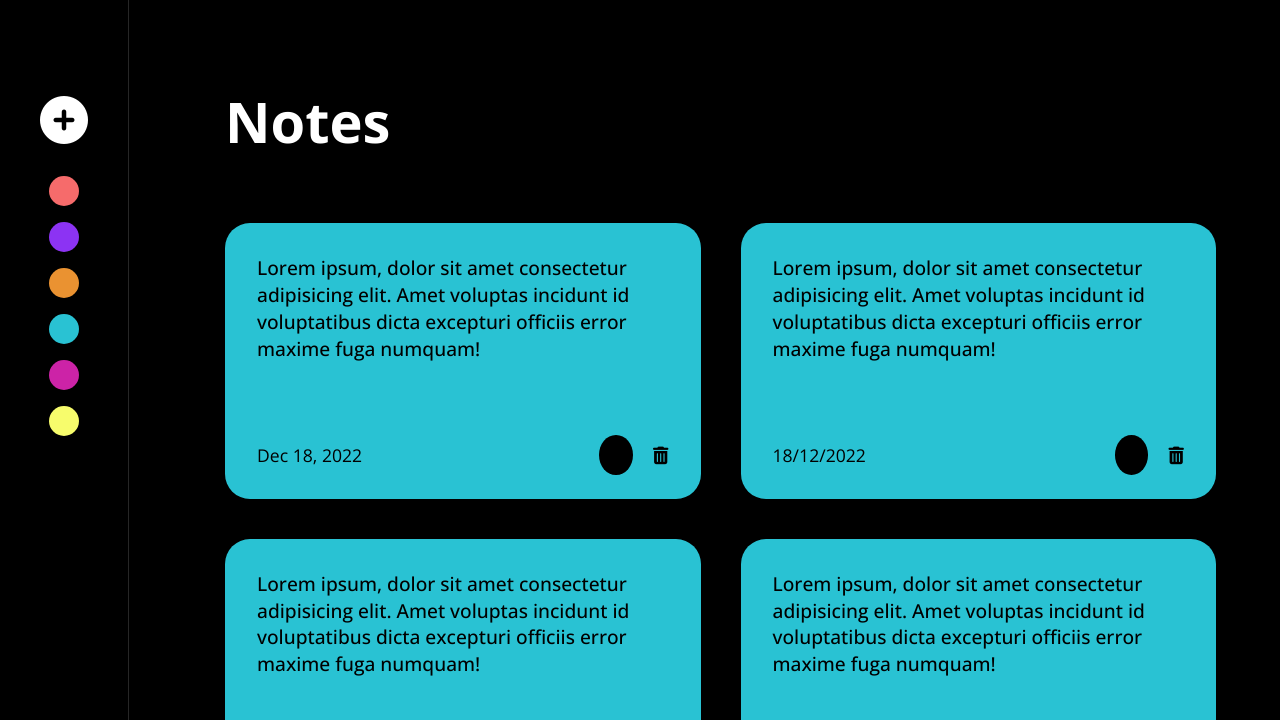
Repository: emiliaiwu/notes_app
Page: index.html
An editor plug-in stored every save of this project. The page is shown before and after the next save, followed by the edit.
The browser window is 1280 px wide. The pictures show the whole page.
An inner scrolling area shows only its first screen. Some web libraries are served in a nearby version.

Above is the page before, as saved 2022-12-19 23:42:56.

### index.html
<!DOCTYPE html>
<html lang="en">
<head>
    <meta charset="UTF-8">
    <meta http-equiv="X-UA-Compatible" content="IE=edge">
    <meta name="viewport" content="width=device-width, initial-scale=1.0">
    <script src="https://kit.fontawesome.com/fd9c36575f.js" crossorigin="anonymous"></script>
    <link rel="stylesheet" href="style.css">
    <title>Notes App</title>
</head>
<body>
    <div class="container">
        <div class="add">
            <div class="add_card"><i class="fa-solid fa-circle-plus"></i></div>
            <ul class="card_colors">
                <li class="card_color c1"></li>
                <li class="card_color c2"></li>
                <li class="card_color c3"></li>
                <li class="card_color c4"></li>
                <li class="card_color c5"></li>
                <li class="card_color c6"></li>
            </ul>
        </div>
        <div class="cards_container">
            <h1>Notes</h1>
            <div class="cards">

                <div class="card">
                    <p class="text">
                        Lorem ipsum, dolor sit amet consectetur adipisicing elit. Amet voluptas incidunt id voluptatibus dicta excepturi officiis error maxime fuga numquam!
                    </p>
                    <span class="footer close">
                        <small class="date">Dec 18, 2022</small>
                        <span>
                           <small class="edit"><i class="fa-solid fa-pen"></i></small>
                           <small class="delete"><i class="fa-solid fa-trash-can"></i></small>
                        </span>
                    </span>
                    <span class="footer open">
                        <ul class="edit_settings">
                            <li class="bold"><i class="fa-solid fa-bold"></i></li>
                            <li class="italic"><i class="fa-solid fa-italic"></i></li>
                            <li class="underline"><i class="fa-solid fa-underline"></i></li>
                            <li class="strikethrough"><i class="fa-solid fa-strikethrough"></i></li>
                            <li class="toggleBtn"><i class="fa-solid fa-list-ul"></i></li>
                            <li class="add_image"><i class="fa-solid fa-image"></i></li>
                        </ul>
                    </span>
                </div>

                <div class="card">
                    <span class="text">
                        Lorem ipsum, dolor sit amet consectetur adipisicing elit. Amet voluptas incidunt id voluptatibus dicta excepturi officiis error maxime fuga numquam!
                    </span>
                    <span class="footer close">
                        <small class="date">18/12/2022</small>
                        <span>
                           <small class="edit"><i class="fa-solid fa-pen"></i></small>
                           <small class="delete"><i class="fa-solid fa-trash-can"></i></small>
                        </span>
                    </span>
                    <span class="footer open">
                        <ul class="edit_settings">
                            <li class="bold"><i class="fa-solid fa-bold"></i></li>
                            <li class="italic"><i class="fa-solid fa-italic"></i></li>
                            <li class="underline"><i class="fa-solid fa-underline"></i></li>
                            <li class="strikethrough"><i class="fa-solid fa-strikethrough"></i></li>
                            <li class="toggleBtn"><i class="fa-solid fa-list-ul"></i></li>
                            <li class="add_image"><i class="fa-solid fa-image"></i></li>
                        </ul>
                    </span>
                </div>

                <div class="card">
                    <span class="text">
                        Lorem ipsum, dolor sit amet consectetur adipisicing elit. Amet voluptas incidunt id voluptatibus dicta excepturi officiis error maxime fuga numquam!
                    </span>
                    <span class="footer close">
                        <small class="date">18/12/2022</small>
                        <span>
                           <small class="edit"><i class="fa-solid fa-pen"></i></small>
                           <small class="delete"><i class="fa-solid fa-trash-can"></i></small>
                        </span>
                    </span>
                    <span class="footer open">
                        <ul class="edit_settings">
                            <li class="bold"><i class="fa-solid fa-bold"></i></li>
                            <li class="italic"><i class="fa-solid fa-italic"></i></li>
                            <li class="underline"><i class="fa-solid fa-underline"></i></li>
                            <li class="strikethrough"><i class="fa-solid fa-strikethrough"></i></li>
                            <li class="toggleBtn"><i class="fa-solid fa-list-ul"></i></li>
                            <li class="add_image"><i class="fa-solid fa-image"></i></li>
                        </ul>
                    </span>
                </div>

                <div class="card">
                    <span class="text">
                        Lorem ipsum, dolor sit amet consectetur adipisicing elit. Amet voluptas incidunt id voluptatibus dicta excepturi officiis error maxime fuga numquam!
                    </span>
                    <span class="footer close">
                        <small class="date">18/12/2022</small>
                        <span>
                           <small class="edit"><i class="fa-solid fa-pen"></i></small>
                           <small class="delete"><i class="fa-solid fa-trash-can"></i></small>
                        </span>
                    </span>
                    <span class="footer open">
                        <ul class="edit_settings">
                            <li class="bold"><i class="fa-solid fa-bold"></i></li>
                            <li class="italic"><i class="fa-solid fa-italic"></i></li>
                            <li class="underline"><i class="fa-solid fa-underline"></i></li>
                            <li class="strikethrough"><i class="fa-solid fa-strikethrough"></i></li>
                            <li class="toggleBtn"><i class="fa-solid fa-list-ul"></i></li>
                            <li class="add_image"><i class="fa-solid fa-image"></i></li>
                        </ul>
                    </span>
                </div>


            </div>
        </div>




    </div>

</body>
</html>

### style.css
@import url('https://fonts.googleapis.com/css2?family=Open+Sans:wght@300;400;500;700&display=swap');


* {
    margin: 0;
    padding: 0;
    box-sizing: border-box;
    list-style-type: none;

}

body {
    font-family: 'Open Sans', sans-serif;
    width: 100vw;
    height: 100vh;
    background-color: #000;
    color: #fff;

}

h1 {
    font-size: 3.5rem;
    margin-bottom: 4rem;
    color: #fff;
}

.container {
    display: flex;
    width: 100%;
    height: 100%;
    gap: 2rem;
}

.add {
    border-right: 1px solid rgba(255, 255, 255, 0.15);
    min-height: 100vh;
    display: flex;
    flex-direction: column;
    align-items: center;
    padding: 6rem 2.5rem;

}

.card_color {
    width: 30px;
    height: 30px;
    border-radius: 50%;
    margin-bottom: 1rem;

}

.fa-circle-plus {
    font-size: 3rem;
    margin-bottom: 2rem;
}

.c1 {
    background-color: #F66B6B;
}

.c2 {
    background-color: #8C33F3;
}

.c3 {
    background-color: #EA9231;
}

.c4 {
    background-color: #29C2D3;
}

.c5 {
    background-color: #CC23A7;
}

.c6 {
    background-color: #F7FC6C;
}






/* CARDS CONTAINER */

.cards_container {
    padding: 5.2rem 4rem;
    height: 100%;
    overflow-y: scroll;
    width: 100%;
    color: #000;
}

.cards {
    display: grid;
    grid-template-columns: repeat(auto-fit, minmax(19rem, 1fr));
    gap: 2.5rem;
}

.card {
    display: flex;
    flex-direction: column;
    justify-content: space-between;
    background-color: #29C2D3;
    padding: 2rem 2rem 1rem 2rem;
    border-radius: 25px;
}

.close,
.edit_settings {
    display: flex;
    justify-content: space-between;

}

.text {
    margin-bottom: 5rem;
    font-size: 1.2rem;
    font-weight: 500;
    line-height: 1.4;
}




small {
    font-size: 1.1rem;
}

.edit {
    background-color: #000;
    width: 100px;
    height: 100px;
    padding: .5rem;
    border-radius: 50%;
}

.fa-trash-can {
    margin-left: 1rem;
}






.edit_settings {
    border-top: 1px solid rgba(0, 0, 0, 0.178);;
    width: 100%;
    padding: 1rem;
}

ul li i {
    font-size: 1.2rem;
}












/* OPEN AND CLOSE FUNCTIONALITY */

.open {
    display: none;

}

.close {
    padding-bottom: 1rem;
}

After the next save:
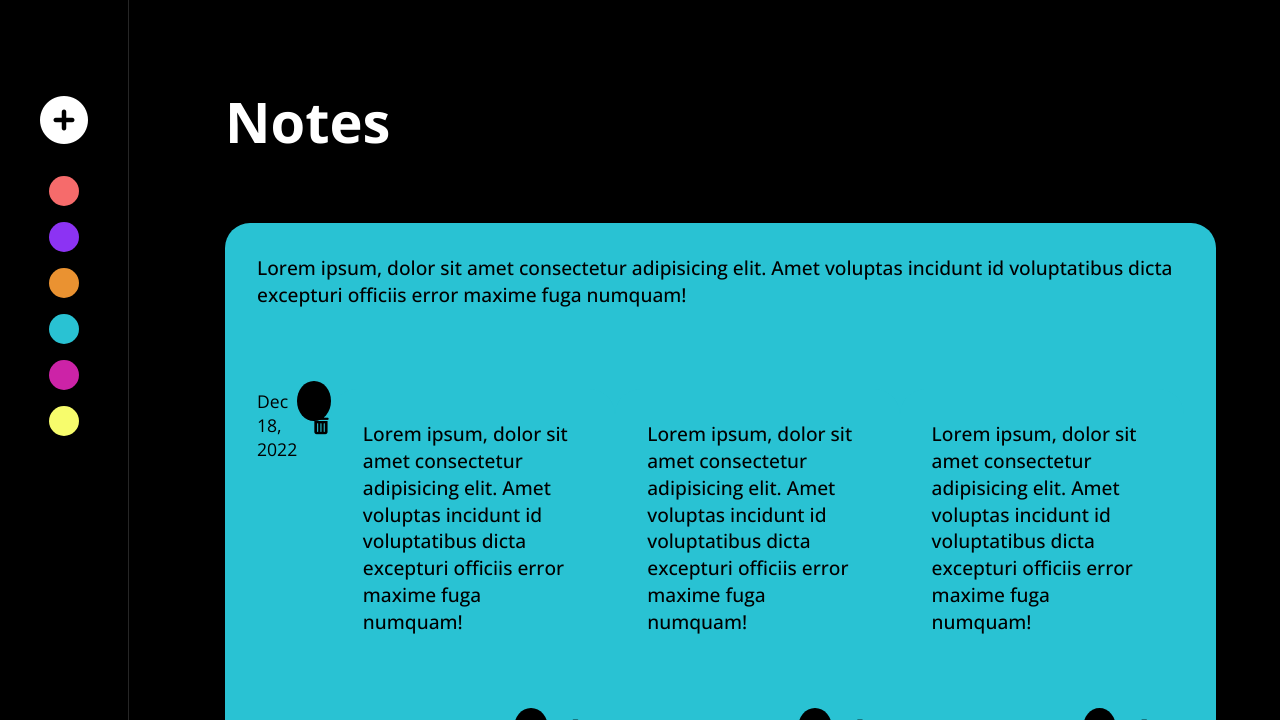
Saved 34 s later.
--- a/index.html
+++ b/index.html
@@ -31,7 +31,7 @@
                     </p>
                     <span class="footer close">
                         <small class="date">Dec 18, 2022</small>
-                        <span>
+                        <div>
                            <small class="edit"><i class="fa-solid fa-pen"></i></small>
                            <small class="delete"><i class="fa-solid fa-trash-can"></i></small>
                         </span>

After the save that followed:
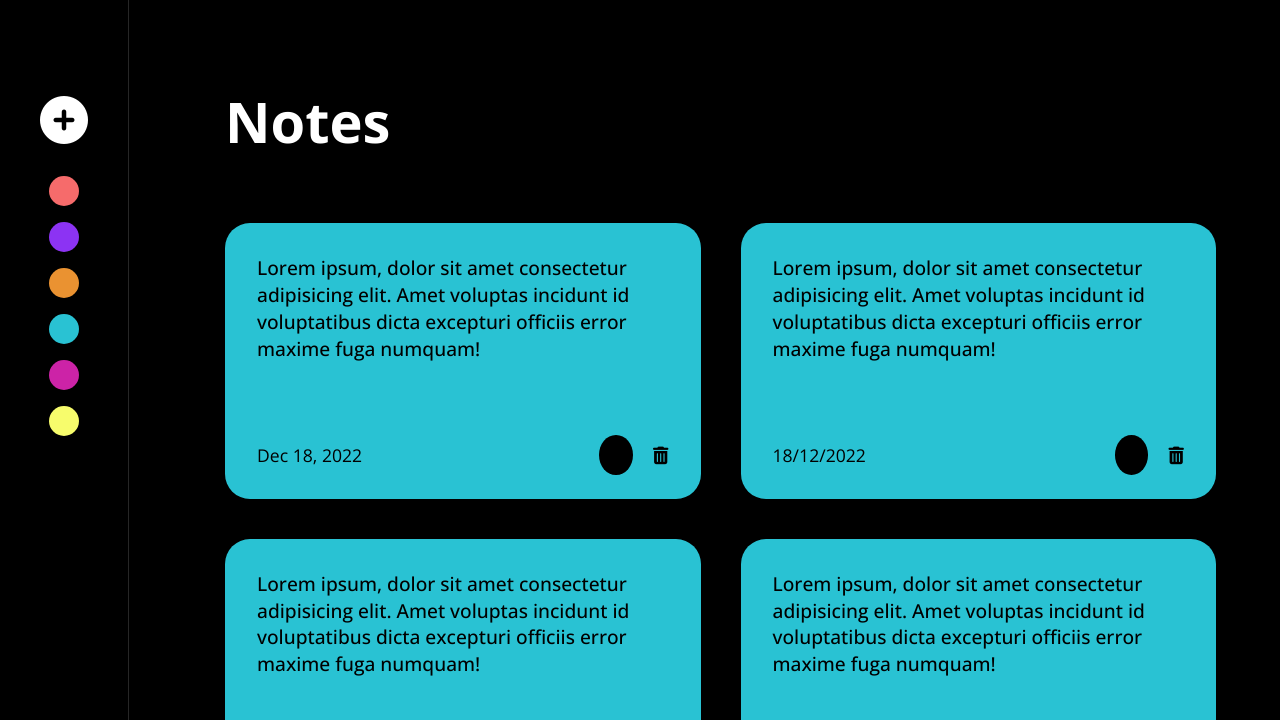
Saved 4 s later.
--- a/index.html
+++ b/index.html
@@ -34,7 +34,7 @@
                         <div>
                            <small class="edit"><i class="fa-solid fa-pen"></i></small>
                            <small class="delete"><i class="fa-solid fa-trash-can"></i></small>
-                        </span>
+                        </div>
                     </span>
                     <span class="footer open">
                         <ul class="edit_settings">
